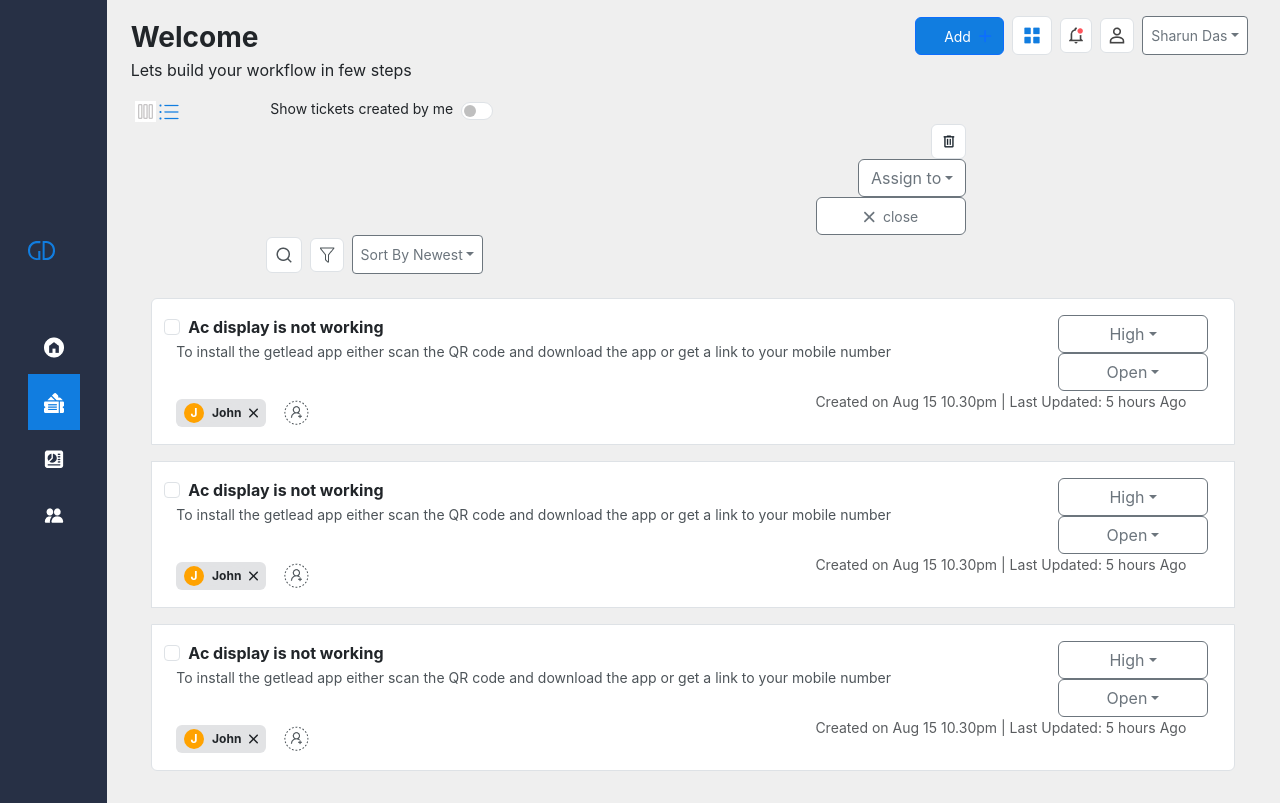
Repository: rishikarajeev/GL_HelpDesk
Page: /
An editor plug-in stored every save of this project. The page is shown before and after a run of saves, followed by the edit.
The browser window is 1280 px wide. The pictures show the whole page.
The project was rebuilt for these pictures with package versions that can differ from the ones it lists, and the page was loaded fresh each time. Also part of the build but not shown: src/App.css, src/Pages/HomePage.jsx.

Above is the page before, as saved 2024-01-11 14:36:53.

### public/index.html
<!DOCTYPE html>
<html lang="en">
  <head>
    <meta charset="utf-8" />
    <link rel="icon" href="%PUBLIC_URL%/favicon.ico" />
    <meta name="viewport" content="width=device-width, initial-scale=1" />
    <meta name="theme-color" content="#000000" />
    <meta
      name="description"
      content="Web site created using create-react-app"
    />
    <link rel="apple-touch-icon" href="%PUBLIC_URL%/logo192.png" />
    <link href="https://cdn.jsdelivr.net/npm/bootstrap@5.3.2/dist/css/bootstrap.min.css" rel="stylesheet" integrity="sha384-T3c6CoIi6uLrA9TneNEoa7RxnatzjcDSCmG1MXxSR1GAsXEV/Dwwykc2MPK8M2HN" crossorigin="anonymous">
   <script src="https://cdn.jsdelivr.net/npm/bootstrap@5.3.2/dist/js/bootstrap.bundle.min.js" integrity="sha384-C6RzsynM9kWDrMNeT87bh95OGNyZPhcTNXj1NW7RuBCsyN/o0jlpcV8Qyq46cDfL" crossorigin="anonymous"></script>

   <!--
      manifest.json provides metadata used when your web app is installed on a
      user's mobile device or desktop. See https://developers.google.com/web/fundamentals/web-app-manifest/
    -->
    <link rel="manifest" href="%PUBLIC_URL%/manifest.json" />
    <!--
      Notice the use of %PUBLIC_URL% in the tags above.
      It will be replaced with the URL of the `public` folder during the build.
      Only files inside the `public` folder can be referenced from the HTML.

      Unlike "/favicon.ico" or "favicon.ico", "%PUBLIC_URL%/favicon.ico" will
      work correctly both with client-side routing and a non-root public URL.
      Learn how to configure a non-root public URL by running `npm run build`.
    -->
    <title>React App</title>
  </head>
  <body>
    <noscript>You need to enable JavaScript to run this app.</noscript>
    <div id="root"></div>
    <!--
      This HTML file is a template.
      If you open it directly in the browser, you will see an empty page.

      You can add webfonts, meta tags, or analytics to this file.
      The build step will place the bundled scripts into the <body> tag.

      To begin the development, run `npm start` or `yarn start`.
      To create a production bundle, use `npm run build` or `yarn build`.
    -->
  </body>
</html>

### src/index.js
import React from "react";
import ReactDOM from "react-dom/client";
import "./index.css";
import App from "./App";
import reportWebVitals from "./reportWebVitals";


const root = ReactDOM.createRoot(document.getElementById("root"));
root.render(<App />);

// If you want to start measuring performance in your app, pass a function
// to log results (for example: reportWebVitals(console.log))
// or send to an analytics endpoint. Learn more: https://bit.ly/CRA-vitals
reportWebVitals();

### src/App.js
import logo from "./logo.svg";
import "./App.css";

import { BrowserRouter, Route, Routes } from "react-router-dom";
import ViewTickets from "./Pages/ViewTickets";
import HomePage from "./Pages/HomePage";
import SideBar from "./Components/SideBar";
import { Container, Row, Col } from "react-bootstrap";
import Header from "./Components/Header";
import "./Assets/Css/Styles.css"

function App() {
  return (
    <BrowserRouter>
      <Container fluid>
        <Row>
          <Col xl={1} className="sideBg">
            <SideBar />
          </Col>
          <Col xl={11} className="bgColor">
            <Header />
            <Routes>
              <Route path="/" element={<ViewTickets />}></Route>
              <Route path="/showtickets" element={<ViewTickets />}></Route>
              <Route path="/home" element={<HomePage />}></Route>
            </Routes>
          </Col>
        </Row>
      </Container>
    </BrowserRouter>
  );
}

export default App;

### src/Pages/ViewTickets.jsx
import React from "react";
import TicketItem from "../Components/TicketItem";
import {
  Container,
  Row,
  Col,
  Navbar,
  Nav,
  Button,
  ListGroup,
  Dropdown,
  Image,
} from "react-bootstrap";
import column_icon from "../Assets/Images/fluent_column-triple-20-regular.jpg";
import list_icon from "../Assets/Images/ph_list-bullets-light.png";
import search_icon from "../Assets/Images/ri_search-line.png";
import delete_icon from "../Assets/Images/material-symbols_delete-outline.jpg";
import { FontAwesomeIcon } from "@fortawesome/react-fontawesome";
import { faTimes } from "@fortawesome/free-solid-svg-icons";
import filter_icon from "../Assets/Images/cil_filter.png";

function ViewTickets() {
  return (
    <Container>
      <Row className=" mt-3 mb-2  ">
        <Col xs={1}>
          <img src={column_icon} alt="Local Icon" />

          <img src={list_icon} />
        </Col>

        <Col xs={8} className="text-end  d-lg-block">


            <div class="form-check form-switch ms-0 d-flex align-items-start">
            <label
              class="form-check-label small me-5 p "
              for="flexSwitchCheckDefault"
            >
              Show tickets created by me
            </label>
            <input
              className="form-check-input p-2"
              type="checkbox"
              role="switch"
              id="flexSwitchCheckDefault"
            />
          </div>
            <div>
              <Image
                src={delete_icon}
                alt="Local Icon"
                className="img-thumbnail  bg-white p-2"
              />
            </div>

            <Dropdown>
              <Dropdown.Toggle
                variant="outline-secondary"
                id="dropdown-basic"
                className="bg-white"

              >
                Assign to
              </Dropdown.Toggle>

              <Dropdown.Menu>
                <Dropdown.Item href="#/action-1">Assign to </Dropdown.Item>
                <Dropdown.Item href="#/action-2">Sharun</Dropdown.Item>
              </Dropdown.Menu>
            </Dropdown>

            <Button variant="btn btn-outline-secondary bg-white " style={{ width: '150px' }}>
              <FontAwesomeIcon icon={faTimes} className="small" />
              <span className="small ms-2">close</span>
            </Button>


        </Col>
        <Col xs={4} className="text-end d-none d-lg-block">
          <img
            src={search_icon}
            alt="Local Icon"
            className="img-thumbnail me-2 p-2 bg-white"
          />
          <img
            src={filter_icon}
            alt="Local Icon"
            className="img-thumbnail me-2 p-2 bg-white"
          />
          <button
            class="btn btn-outline-secondary btn-sm dropdown-toggle me-2  p-2 bg-white"
            type="button"
            data-bs-toggle="dropdown"
            aria-expanded="false"
          >
            Sort By Newest
          </button>
        </Col>
      </Row>
      <ListGroup className="p-3">
        <ListGroup.Item className=" border mb-3">
          <TicketItem />
        </ListGroup.Item>
        <ListGroup.Item className=" border mb-3">
          <TicketItem />
        </ListGroup.Item>
        <ListGroup.Item className=" border mb-3">
          <TicketItem />
        </ListGroup.Item>
      </ListGroup>
    </Container>
  );
}

export default ViewTickets;

### src/Components/SideBar.jsx
import React, { useState } from "react";
import { Navbar, Nav } from "react-bootstrap";
import ticketIcon from "../Assets/Images/Layer_1.png";
import logo from "../Assets/Images/logo.png";
import profile from "../Assets/Images/profile_icon.png";
import filemanagr from "../Assets/Images/Frame.png";
import homeIcon from "../Assets/Images/el_home-alt.png";
import "../Assets/Css/Styles.css";

function SideBar() {
  const [activeIcon, setActiveIcon] = useState("tickets"); // Set the initial active icon

  return (
    <Navbar expand="lg" variant="dark" className=" p-3  h-100">
      <Navbar.Toggle aria-controls="sidebar" className="order-0 ml-auto" />
      <Navbar.Collapse id="sidebar">
        <Nav className="flex-column sideBg">
          <Navbar.Brand className="mb-5">
            {" "}
            <img src={logo} alt="Home Icon " className="icon" />
          </Navbar.Brand>

          <Nav.Item
            className={`nav-item p-2 ${
              activeIcon === "home" ? "selectedColor" : ""
            }`}
          >
            <Nav.Link
              className="nav-link text-white"
              onClick={() => setActiveIcon("home")}
              href="/home"
            >
              <img src={homeIcon} alt="Home Icon" className="icon" />
            </Nav.Link>
          </Nav.Item>
          <Nav.Item
            className={`nav-item p-2 ${
              activeIcon === "tickets" ? "selectedColor" : ""
            }`}
          >
            <Nav.Link
              className="nav-link"
              onClick={() => setActiveIcon("tickets")}
              href="/showtickets"
            >
              <img src={ticketIcon} alt="Ticket Icon" className="icon" />
            </Nav.Link>
          </Nav.Item>
          <Nav.Item
            className={`nav-item p-2 ${
              activeIcon === "file" ? "selectedColor" : ""
            }`}
          >
            <Nav.Link
              className="nav-link"
              onClick={() => setActiveIcon("file")}
              href="#"
            >
              <img src={filemanagr} alt="file Icon" className="icon" />
            </Nav.Link>
          </Nav.Item>
          <Nav.Item
            className={`nav-item p-2 ${
              activeIcon === "profile" ? "selectedColor" : ""
            }`}
          >
            <Nav.Link
              className="nav-link"
              onClick={() => setActiveIcon("profile")}
              href="#"
            >
              <img src={profile} alt="profile Icon" className="icon" />
            </Nav.Link>
          </Nav.Item>
          <Nav.Item
            className={`nav-item p-2 ${
              activeIcon === "settings" ? "selectedColor" : ""
            }`}
          >
            <Nav.Link
              className="nav-link text-white"
              onClick={() => setActiveIcon("settings")}
              href="#"
            >
              <i className="fas fa-cogs"></i>
            </Nav.Link>
          </Nav.Item>
        </Nav>
      </Navbar.Collapse>
    </Navbar>
  );
}

export default SideBar;

### src/Components/Header.jsx
import React from "react";

import menu_icon from "../Assets/Images/ep_menu.png";
import notificatn_icon from "../Assets/Images/Group 10.png";
import user_icon from "../Assets/Images/ooui_user-avatar-outline.png";
import { Container, Row, Col, Navbar, Nav, Button } from "react-bootstrap";
import { FontAwesomeIcon } from "@fortawesome/react-fontawesome";
import { faTimes,faPlus  } from "@fortawesome/free-solid-svg-icons";

function Header() {
  return (
    <Container fluid>
      <Row className=" justify-content-end mt-3 mb-3">
        <Col sm={8}>
          <Row>
            <a class="navbar-brand fs-3 fw-bolder" href="#">
              Welcome
            </a>
          </Row>
          <Row>
            <span>Lets build your workflow in few steps</span>
          </Row>
        </Col>

        <Col sm={4} className="text-end">
        <Button variant="btn btn-outline-primary selectedColor me-2">
        <span className="small ms-2 text-white p-2">Add</span>
            <FontAwesomeIcon icon={faPlus } className="small" />

          </Button>
          <img
            src={menu_icon}
            alt="Local Icon"
            className="img-thumbnail me-2 p-2 bg-white"
          />
          <img
            src={notificatn_icon}
            alt="Local Icon"
            className="img-thumbnail me-2 p-2 bg-white"
          />
          <img
            src={user_icon}
            alt="Local Icon"
            className="img-thumbnail me-2 p-2 bg-white"
          />
          <button
            className="btn btn-outline-secondary btn-sm dropdown-toggle me-2 p-2 bg-white"
            type="button"
            data-bs-toggle="dropdown"
            aria-expanded="false"
          >
            Sharun Das
          </button>
        </Col>
      </Row>
    </Container>
  );
}

export default Header;

### src/Assets/Css/Styles.css
.sideBg{
    background-color:  #273045;
    text-align: left;


}
.selectedColor{
    background-color:  #117DE0;


}
.bgColor{
    background-color:  #EFEFEF;

}
.txt-ticket-color{
  color:#4D5459

}


  .circle-icon {
    width: 20px;
    height: 20px;
    border-radius: 50%;
    background-color: #ffa200; /* Choose your desired background color */
    display: flex;
    align-items: center;
    justify-content: center;
    color: #fff; /* Choose your desired text color */
  }
  .close-icon {
    position: absolute;
    color:black;
    top: 50%;
    left: 50%;
    transform: translate(-50%, -50%);
  }

### src/Components/TicketItem.jsx
import React from "react";
import { Container, Row, Col, Button, Image,Dropdown } from "react-bootstrap";
import UserBadge from "../Components/UserBadge";
import userAddIcon from "../Assets/Images/Group 758674.png";

function TicketItem() {
  const userName = "John";
  return (
    <Container fluid className="p-2">
      <Row>
        <Col xl={10}>
          <Row>
            <div className="form-check">
              <input
                className="form-check-input"
                type="checkbox"
                value=""
                id="flexCheckDefault"
              />
              <label
                className="form-check-label  fw-bolder"
                htmlFor="flexCheckDefault"
              >
                Ac display is not working
              </label>
            </div>
          </Row>
          <Row>
            <p className="small text-wrap txt-ticket-color">
              To install the getlead app either scan the QR code and download
              the app or get a link to your mobile number
            </p>
          </Row>
        </Col>
        <Col xl={2}>
          <Row>
            <Dropdown >
              <Dropdown.Toggle variant="outline-secondary" id="dropdown-basic" style={{ width: '150px' }}>
               High
              </Dropdown.Toggle>

              <Dropdown.Menu>
                <Dropdown.Item href="#/action-1">High </Dropdown.Item>
                <Dropdown.Item href="#/action-2">Low</Dropdown.Item>

              </Dropdown.Menu>
            </Dropdown>

            <Dropdown>
              <Dropdown.Toggle variant="outline-secondary" id="dropdown-basic" style={{ width: '150px' }}>
               Open
              </Dropdown.Toggle>

              <Dropdown.Menu>
                <Dropdown.Item href="#/action-1">Open </Dropdown.Item>
                <Dropdown.Item href="#/action-2">Pending</Dropdown.Item>

              </Dropdown.Menu>
            </Dropdown>
          </Row>
        </Col>
        <Row>
          <Col xl={5} className="mt-2">
            <Row>
              <Col sm={3}>
                <UserBadge name={userName} />
              </Col>
              <Col sm={2}>
                <Image src={userAddIcon} alt="Local Icon" rounded />
              </Col>
            </Row>
          </Col>

          <Col xl={7} className="text-end">
            <p className="text-muted small">
              Created on Aug 15 10.30pm | Last Updated: 5 hours Ago
            </p>
          </Col>
        </Row>
      </Row>
    </Container>
  );
}

export default TicketItem;

### src/Components/UserBadge.jsx
// UserBadge.js
import React from "react";
import { Badge } from "react-bootstrap";
import "../Assets/Css/Styles.css";
import { FontAwesomeIcon } from "@fortawesome/react-fontawesome";
import { faTimes } from "@fortawesome/free-solid-svg-icons";

const UserBadge = ({ name }) => {
  const initials = name
    .split(" ")
    .map((word) => word[0])
    .join("");

  return (
    <div>
      <Badge bg="secondary-subtle ">
        <div className="rounded-circle bg-secondary-subtle text-dark d-flex align-items-center justify-content-center">
          <div className="circle-icon">
            {" "}
            <span>{initials} </span>{" "}
          </div>
          <span className="ms-2">{name} </span>

          <FontAwesomeIcon icon={faTimes} className=" ms-2" />
        </div>
      </Badge>
    </div>
  );
};

export default UserBadge;

Loaded but not shown: src/index.css (common file); src/reportWebVitals.js (common file)

After the next 2 saves:
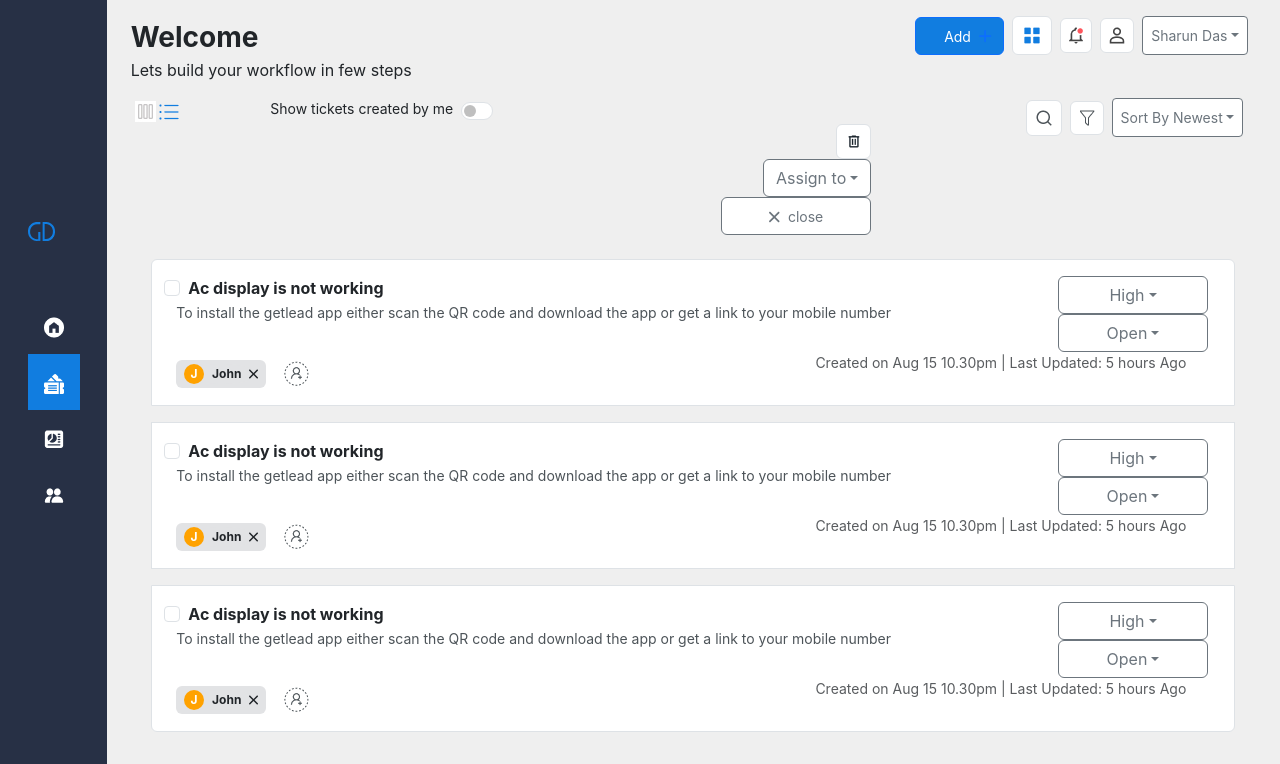
The 2 saves are shown as one change because they came seconds apart.
The last was saved 14 s later.
--- a/src/Pages/ViewTickets.jsx
+++ b/src/Pages/ViewTickets.jsx
@@ -29,7 +29,7 @@ function ViewTickets() {
           <img src={list_icon} />
         </Col>
 
-        <Col xs={8} className="text-end  d-lg-block">
+        <Col xs={7} className="text-end  d-lg-block">
 
 
             <div class="form-check form-switch ms-0 d-flex align-items-start">
